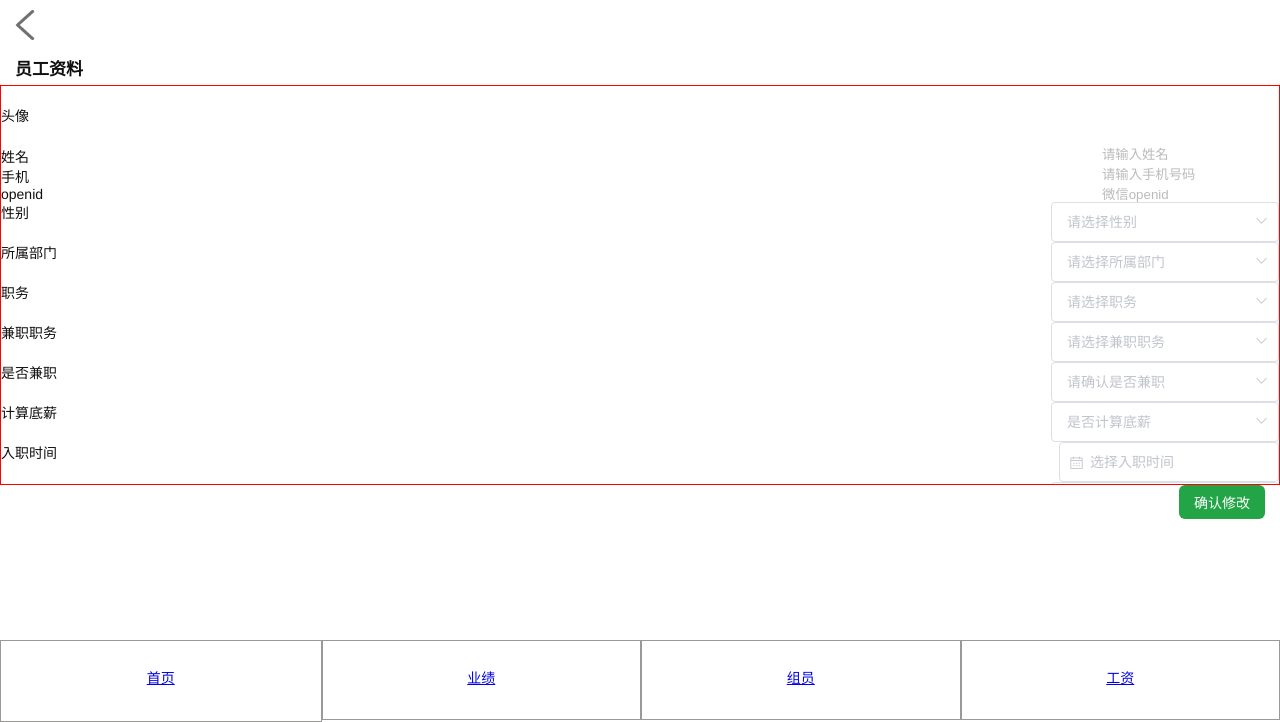
Repository: panlin520-team/lnmj-staffH5
Page: /#/homepage
The author's editor kept a copy of each file at every save. The page is drawn from the files as they stood at one save, then again after a run of saves.
The browser window is 1280 px wide. The pictures show the whole page.
An inner scrolling area shows only its first screen. The project was rebuilt for these pictures with package versions that can differ from the ones it lists, and the page was loaded fresh each time. Also part of the build but not shown: src/views/Lojin.vue.

Above is the page before, as saved 2020-04-08 15:22:44.

After the next 3 saves:
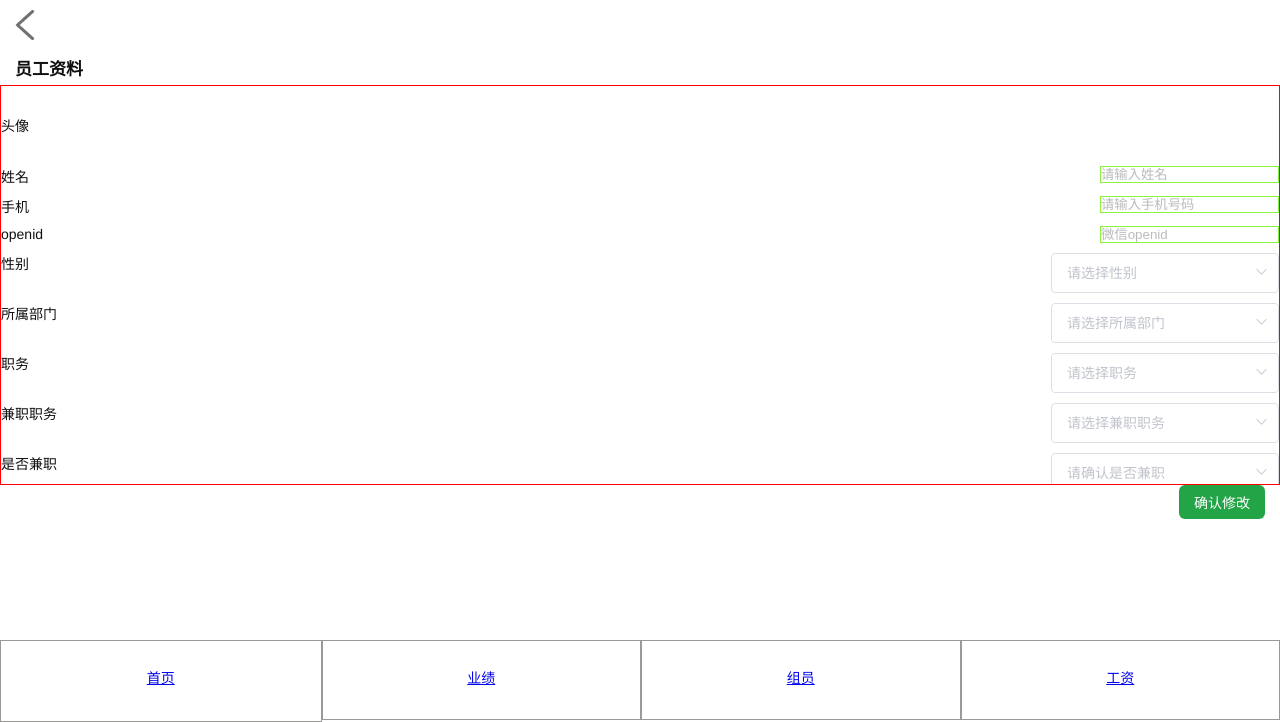
The 3 saves are shown as one change because they came seconds apart.
The last was saved 9 s later.
--- a/src/views/Homepage.vue
+++ b/src/views/Homepage.vue
@@ -330,7 +330,7 @@ export default {
         .item{
             display: flex;
             justify-content: space-between;
-            margin-
+            padding-top: 10px;
             .input-value{
                 border: 1px solid rgb(142, 241, 60);
             }
